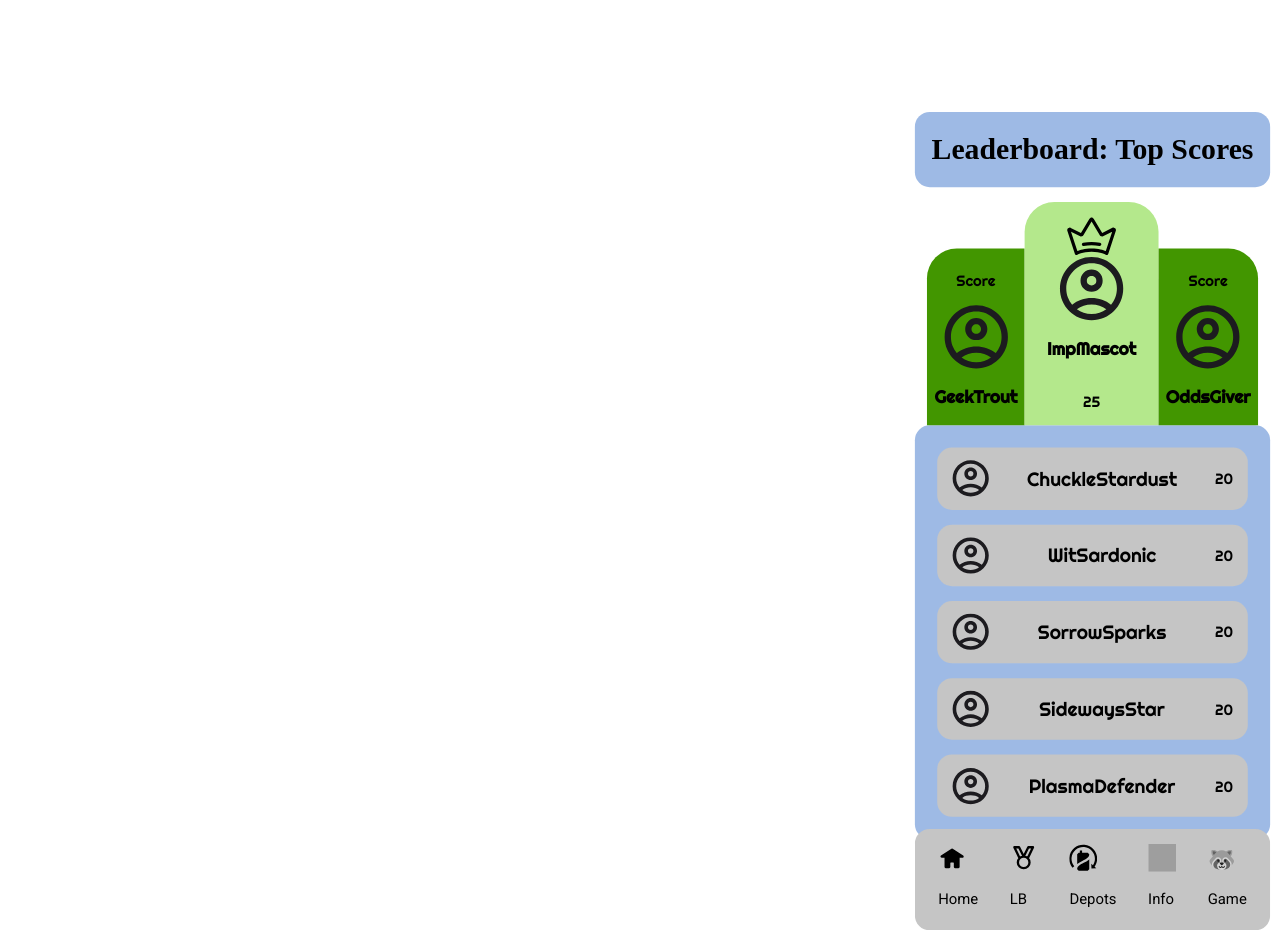
Repository: alemunden/Trash-Scavengers
Page: /Leaderboard
An editor plug-in stored every save of this project. The page is shown before and after the next save, followed by the edit.
The browser window is 1280 px wide. The page is 1382 px wide, so the pictures cover 1382 px, including what lies to the right of the window. The pictures show the whole page, at 93% of full size.
Pictures or frames that could not be fetched are drawn as grey boxes. The project was rebuilt for these pictures with package versions that can differ from the ones it lists, and the page was loaded fresh each time. The framework's server and built-in components were replaced by stand-ins that run in the browser. Also part of the build but not shown: next.config.mjs.

Above is the page before, as saved 2024-05-07 10:42:51.

### pages/Leaderboard.js
import styles from '@/styles/Leaderboard.module.css'
import Image from 'next/image'
import LeaderboardUser from '@/components/LeaderboardUser/LeaderboardUser'
import NavBar from '@/components/NavBar'

export default function Leaderboard() {
    return(
        <main>
            <link rel="preconnect" href="https://fonts.googleapis.com"/>
            <link rel="preconnect" href="https://fonts.gstatic.com" crossorigin/>
            <link href="https://fonts.googleapis.com/css2?family=Righteous&display=swap" rel="stylesheet"/>
            <div className={styles.titleContainer}>
                <h1 className={styles.titleText}>Leaderboard: Top Scores</h1>
            </div>
            <div className={styles.podium}>
                <div className={styles.podiumContainer}>
                    <div className={styles.lowerPodiumleft}>
                        <p className={styles.score}>Score</p>
                        <Image src={'/accountcircle.svg'} width={70} height={70}/>
                        <h3 className={styles.username}>GeekTrout</h3>
                    </div>
                    <div className={styles.firstPlace}>
                        <Image src={'/crown.svg'} width={54} height={42}/>
                        <Image src={'/accountcircle.svg'} width={70} height={70}/>
                        <h3 className={styles.username}>ImpMascot</h3>
                        <p className={styles.score}>25</p>
                    </div>
                    <div className={styles.lowerPodiumright}>
                        <p className={styles.score}>Score</p>
                        <Image src={'/accountcircle.svg'} width={70} height={70}/>
                        <h3 className={styles.username}>OddsGiver</h3>
                    </div>
                </div>
            </div>
            <div className={styles.leaderboard}>
                <LeaderboardUser username={'ChuckleStardust'} score={'20'}/>
                <LeaderboardUser username={'WitSardonic'} score={'20'}/>
                <LeaderboardUser username={'SorrowSparks'} score={'20'}/>
                <LeaderboardUser username={'SidewaysStar'} score={'20'}/>
                <LeaderboardUser username={'PlasmaDefender'} score={'20'}/>
            </div>
            <NavBar tabIndex="1"/>
        </main>
    )
}

### styles/globals.css
:root {
    --white: #FFFFFF;
    --black: #000;
    --light-green: #B4E88C;
    --light-blue: #9EBAE5;
    --light-gray: #c5c5c5;
    --light-yellow: #F3CD70;
    --light-pink: #F3D9D9;
    --medium-green: #429600;
    --gold: #ED9F26;

}

html, body {
    overflow-x: hidden;
    background-color: var(--white);
    height: 896px;
    width: 414px;
    position: absolute;
    left: 30rem;
    top: 3rem;
  }

main {
    padding: 1rem;
  }

li {
    list-style-type: none;
    cursor: pointer;
    margin: 1rem;
    width: 100%;
    padding: 0.5rem;
    color: #000105;
    background-color: var(--light-blue);
    border-radius: 1rem;
    border-bottom: 6px solid #7893bb;
    font-family: "Righteous", sans-serif;
    text-align: center;
    font-size: 1.5rem;
  }

.liHover:hover {
    background-color: #7893bb;
    columns: #fff;
}

.liSelected {
    color: #fff;
    background-color: #000925;
}

.homePageCard {
  margin-left: -5%;
  margin-top: 48%;
}

.searchBar {
  margin-left: -5%;
  margin-bottom: -48%;
}

.logInAndSettings {
  margin-left: 63%;
  margin-right: -5%;
  margin-top: 8%;
}

.dateIndex {
  font-family: 'Righteous';
  margin-bottom: -18%;
  margin-top: 8%;
}

.searchBarInfo {
  margin-left: -5%;
  margin-top: -0.1%;
}

.logInSettingsInfo {
  margin-left: 63%;
  margin-right: -5%;
  padding-left: 19px;
  padding-bottom: -10px;
  margin-top: 8%;
}

.infoCard {
  margin-left: -5%;
}

.logInSettingsDepots {
  margin-left: 64%;
  margin-right: -5%;
  padding-left: 9px;
  margin-top: 8%;
}

.searchBarDepots {
  margin-left: -5%;
}

.depotsCard {
  margin-left: -5%;
}

.logInSettingsYourDepots {
  margin-left: 50%;
  margin-right: -5%;
  padding-left: 65px;
  margin-top: 8%;
}

.searchBarYourDepots {
  margin-left: -5%;
}

.yourDepotsCard {
  margin-left: -5%;
}

.becDepotPage {
  font-family: 'Righteous';
  text-decoration: underline;
  margin-top: -200px;
  margin-left: 15%;
}

.depotsNavBar {
  margin-top: 165px;
}

### styles/Leaderboard.module.css
.titleContainer {
    background-color: var(--light-blue);
    padding: 0.02rem 0 0.02rem 0;
    border-radius: 1rem;
    margin-bottom: 1rem;
}

.titleText {
    text-align: center;
}

.podium{
    display: flex;
    justify-content: center;
}

.podiumContainer {
    display: flex;
    flex-direction: row;
    gap: 0;
    align-items: flex-end;
}

.firstPlace {
    display: flex;
    flex-direction: column;
    align-items: center;
    background-color: var(--light-green);
    padding: 1rem 1.5rem 0rem 1.5rem;
    border-top-left-radius: 2rem;
    border-top-right-radius: 2rem;
}

.lowerPodiumleft {
    display: flex;
    flex-direction: column;
    align-items: center;
    background-color: var(--medium-green);
    padding: 0.5rem 0.5rem 0rem 0.5rem;
    border-top-left-radius: 2rem;
}

.lowerPodiumright {
    display: flex;
    flex-direction: column;
    align-items: center;
    background-color: var(--medium-green);
    padding: 0.5rem 0.5rem 0rem 0.5rem;
    border-top-right-radius: 2rem;
}

.leaderboard {
    display: flex;
    flex-direction: column;
    gap: 1rem;
    background-color: var(--light-blue);
    border-radius: 1rem;
    padding: 1.5rem;
}

.score {
    font-family: "Righteous", sans-serif;
}

.username {
    font-family: "Righteous", sans-serif;
}

### components/LeaderboardUser/LeaderboardUser.js
import styles from './LeaderboardUser.module.css'
import Image from 'next/image'

export default function LeaderboardUser({username, score}) {
    return(
        <>
            <link rel="preconnect" href="https://fonts.googleapis.com"/>
            <link rel="preconnect" href="https://fonts.gstatic.com" crossorigin/>
            <link href="https://fonts.googleapis.com/css2?family=Righteous&display=swap" rel="stylesheet"/>
            <div className={styles.userContainer}>
                <Image src={'/accountcircle.svg'} width={40} height={40}/>
                <p className={styles.username}>{username}</p>
                <p className={styles.score}>{score}</p>
            </div>
        </>
    )
}

### components/NavBar/index.js
import styles from './NavBar.module.css'
import Image from 'next/image'
import Link from 'next/link'

export default function NavBar() {
    return(
        <>
        <link rel="preconnect" href="https://fonts.googleapis.com"/>
        <link rel="preconnect" href="https://fonts.gstatic.com" crossorigin/>
        <link href="https://fonts.googleapis.com/css2?family=Roboto:ital,wght@0,100;0,300;0,400;0,500;0,700;0,900;1,100;1,300;1,400;1,500;1,700;1,900&display=swap" rel="stylesheet"/>
            <div className={styles.navBarContainer}>
                <div className={styles.navBarItem}>
                    <Link href='/' className={styles.link} tabIndex='1'>
                        <Image src={'/home-icon.svg'} height={30} width={30} className={styles.navBarImage}/>
                        <p className={styles.navBarLabel}>Home</p>
                    </Link>
                </div>
                <div className={styles.navBarItem}>
                    <Link href='/Leaderboard' className={styles.link} tabIndex="2">
                        <Image src={'/lb-icon.svg'} height={30} width={30} className={styles.navBarImage}/>
                        <p className={styles.navBarLabel}>LB</p>
                    </Link>
                </div>
                <div className={styles.navBarItem}>
                    <Link href='/Depots' className={styles.link} tabIndex="3">
                        <Image src={'/depots-icon.svg'} height={30} width={30} className={styles.navBarImage}/>
                        <p className={styles.navBarLabel}>Depots</p>
                    </Link>
                </div>
                <div className={styles.navBarItem}>
                    <Link href='/Info' className={styles.link} tabIndex="4">
                        <Image src={'/recycle-icon.svg'} height={30} width={30} className={styles.navBarImage}/>
                        <p className={styles.navBarLabel}>Info</p>
                    </Link>
                </div>
                <div className={styles.navBarItem}>
                    <Link href='/QuizBegin' className={styles.link} tabIndex="4">
                        <Image src={'/raccoon-icon.svg'} height={30} width={30} className={styles.navBarImage}/>
                        <p className={styles.navBarLabel}>Game</p>
                    </Link>
                </div>
            </div>
        </>
    )
}

### components/LeaderboardUser/LeaderboardUser.module.css
.userContainer {
    display: flex;
    flex-direction: row;
    justify-content: space-between;
    padding-right: 1rem;
    padding-left: 1rem;
    background-color: var(--light-gray);
    border-radius: 1rem;
    align-items: center;
}

.username {
    font-size: 1.3rem;
    font-family: "Righteous", sans-serif;
}

.score {
    font-size: 1rem;
    font-family: "Righteous", sans-serif;
}

### components/NavBar/NavBar.module.css
.navBarContainer {
    display: flex;
    flex-direction: row;
    justify-content: space-around;
    padding: 0.5rem;
    background-color: var(--light-gray);
    border-radius: 1rem;
    padding-top: 1rem;
    position: sticky;
    bottom: 0;
    margin: auto;
    align-items: center;
}

.navBarItem {
    display: flex;
    flex-direction: column;
    align-items: center;
    padding: 0;
}

.navBarImage {
    align-self: center;
}

.navBarLabel {
    font-size: 1rem;
    font-family: "Roboto", sans-serif;
    font-weight: medium;
}

.link {
    text-decoration: none;
    color: var(--black);
    align-self: center;
    padding: 0;
}

.link:visited {
    color: var(--black);
}

Loaded but not shown: pages/_app.js (common file); pages/_document.js (common file)

After the next save:
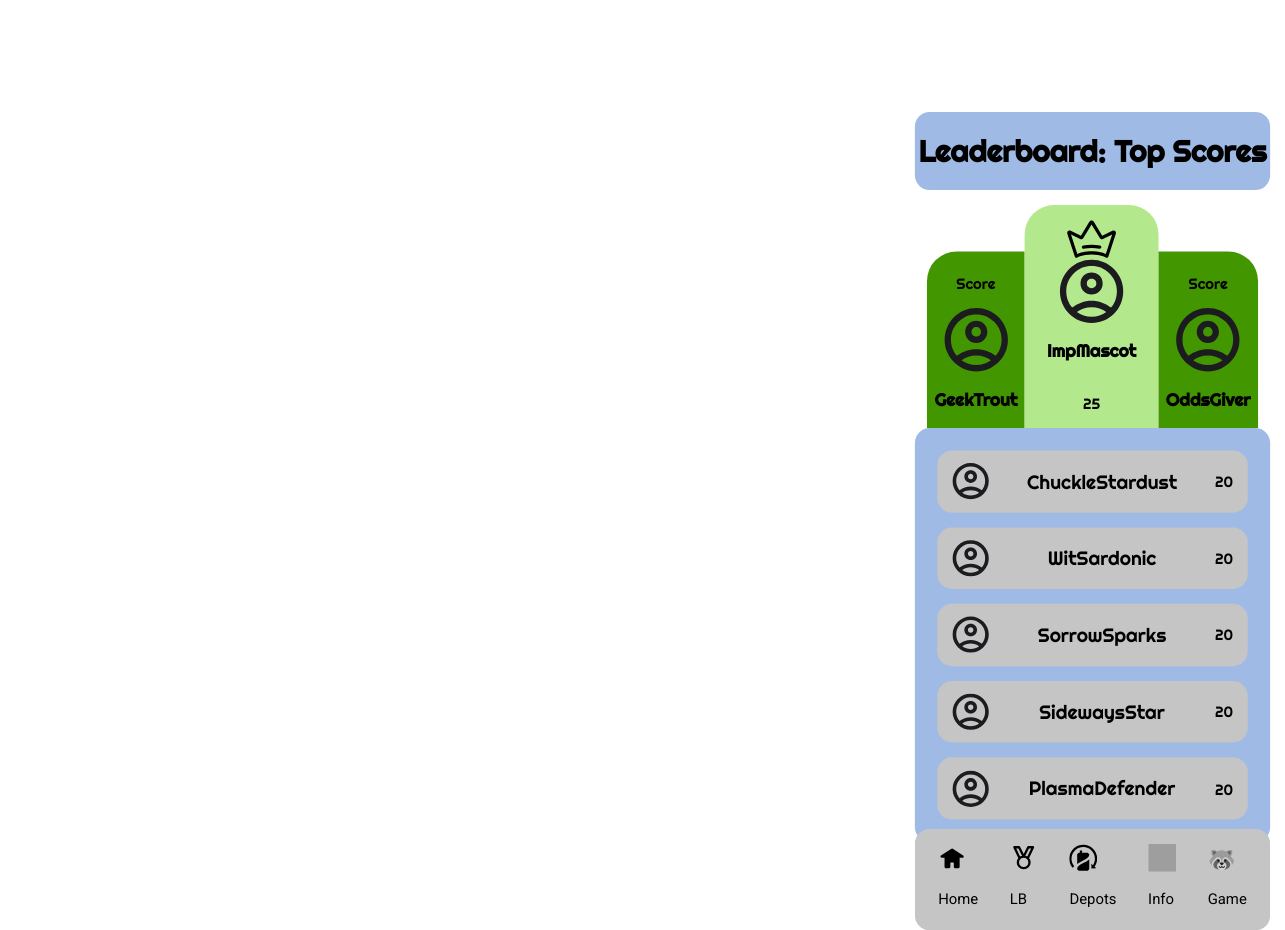
Saved 17 s later.
--- a/styles/Leaderboard.module.css
+++ b/styles/Leaderboard.module.css
@@ -7,6 +7,7 @@
 
 .titleText {
     text-align: center;
+    font-family: "Righteous", sans-serif;
 }
 
 .podium{
